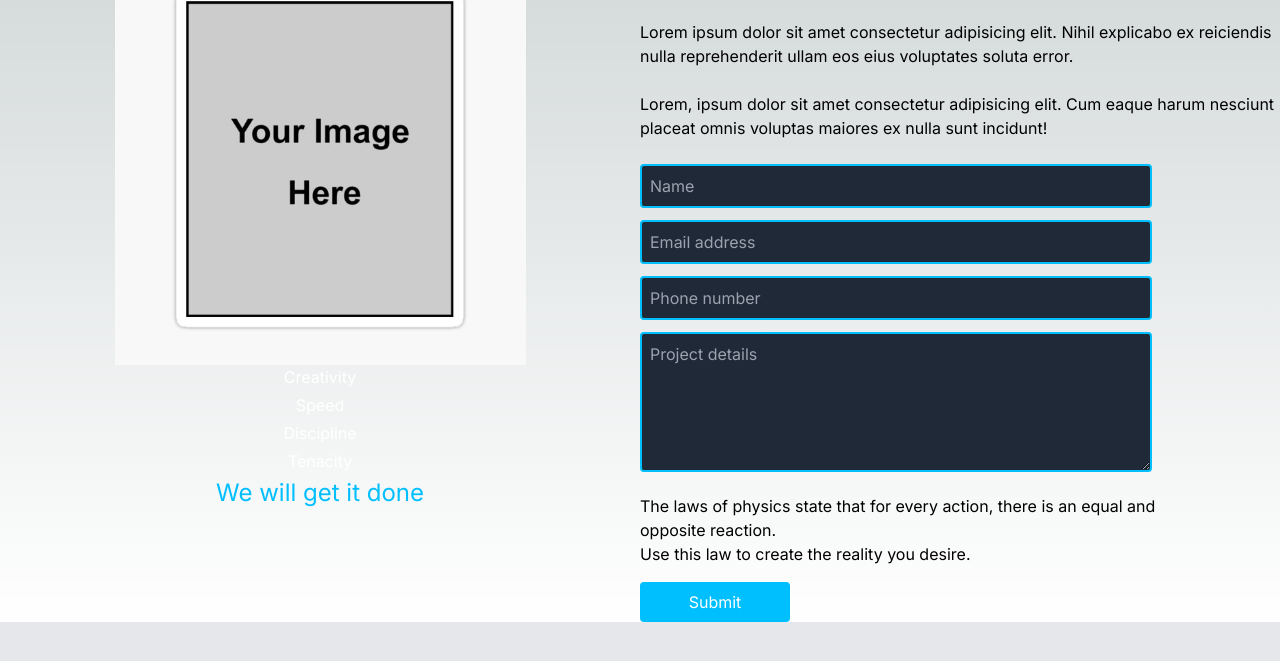
Repository: TMuse333/cash-for-homes
Page: /jv-partners (app in frontend/)
These files come from the project's save history. The page is drawn as it stood at one moment and after a run of saves; the edit follows.
The browser window is 1280 px wide. The pictures show the whole page.
The project was rebuilt for these pictures with package versions that can differ from the ones it lists, and the page was loaded fresh each time. The framework's server and built-in components were replaced by stand-ins that run in the browser. Also part of the build but not shown: frontend/next.config.mjs.

Above is the page before, as saved 2024-08-03 17:24:00.

After the next 2 saves:
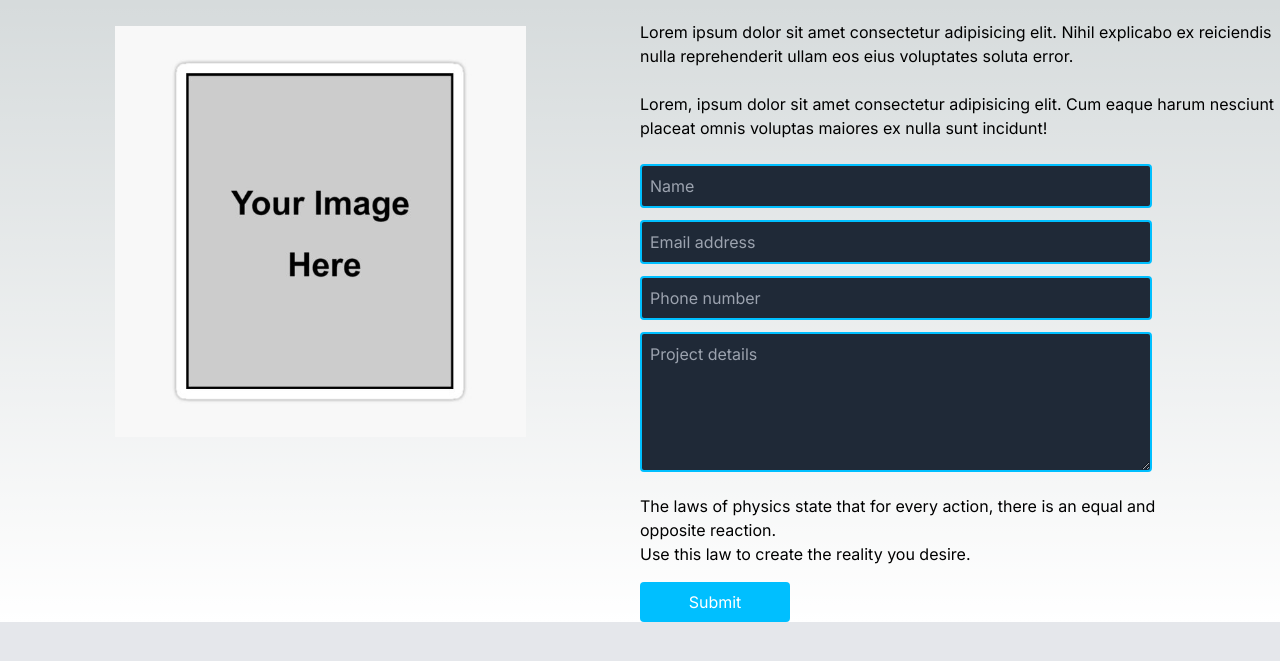
The 2 saves are shown as one change because they came seconds apart.
The last was saved 27 s later.
--- a/frontend/src/components/contactForm.tsx
+++ b/frontend/src/components/contactForm.tsx
@@ -62,7 +62,7 @@ const ContactForm = () => {
                     className='w-[40vw] mt-[-10rem] ml-auto mr-auto
                     max-h-[540px] max-w-[411px] object-cover'
                 />
-                <ul className='text-center'>
+                {/* <ul className='text-center'>
                     {tenets.map((tenet, index) => (
                         <motion.li
                             key={index}
@@ -92,7 +92,8 @@ const ContactForm = () => {
                     >
                         We will get it done
                     </motion.li>
-                </ul>
+                </ul> */}
+
             </div>
             <div className='w-[90vw] ml-auto mr-auto sm:w-[50vw]'>
                 <Image
